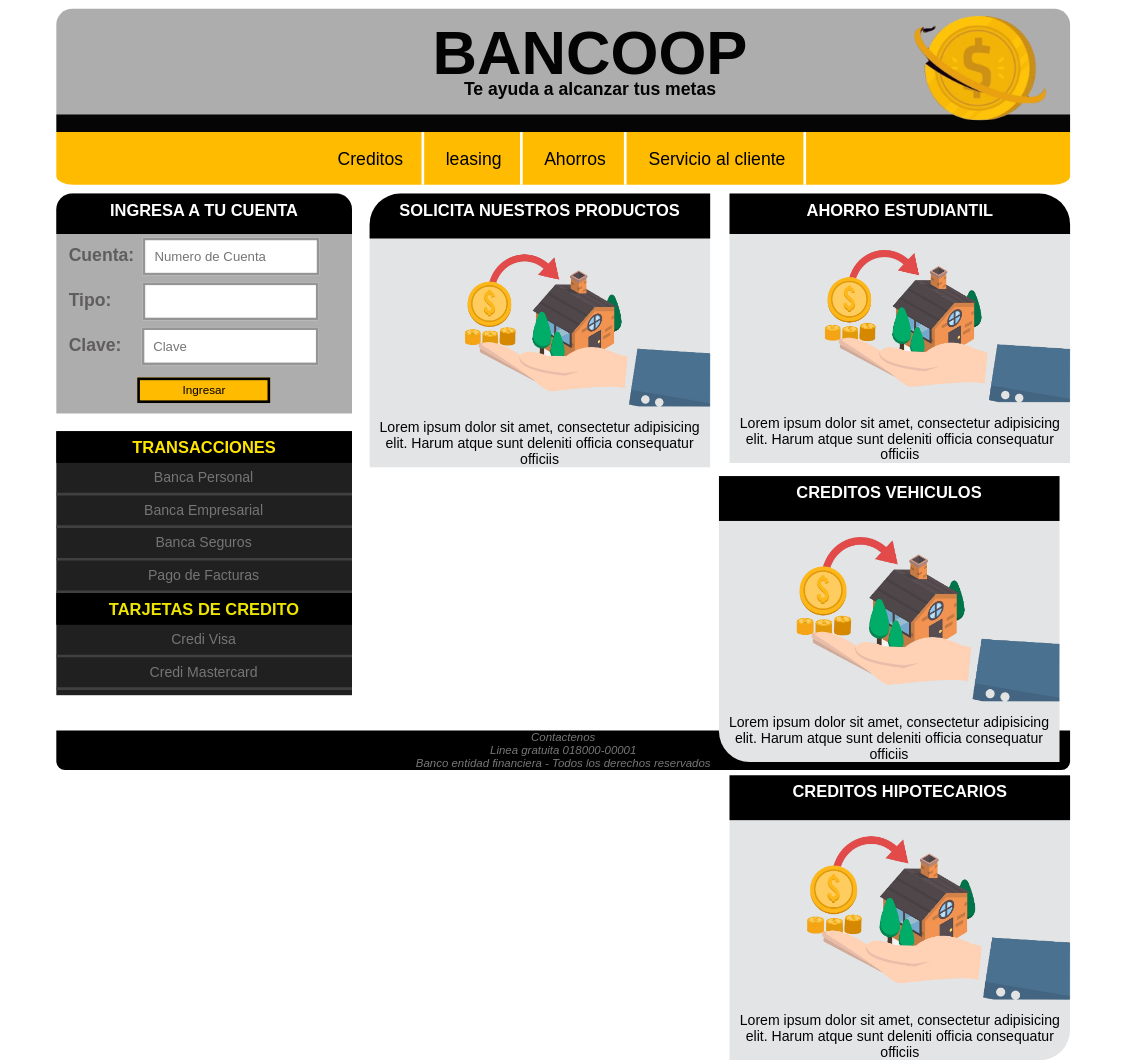
Repository: NickArregoces/BANCOOP
Page: Index.html
These files come from the project's save history. The page is drawn as it stood at one moment and after the next save; the edit follows.
The browser window is 1280 px wide. The pictures show the whole page, at 88% of full size.

Above is the page before, as saved 2021-10-04 17:25:40.

### Index.html
<!DOCTYPE html>
<html lang="en">
<head>
    <meta charset="UTF-8">
    <meta http-equiv="X-UA-Compatible" content="IE=edge">
    <meta name="viewport" content="width=device-width, initial-scale=1.0">
    <title>BANCOOP Home</title>
    <link rel="stylesheet" href="/CSS/Style.css">

</head>
<body>
    <div id="head">
        <header>
            <div class="image">
                <img src="/Images/logo.png" alt="logo">
            </div>
            <div class="title" >
                <h1>BANCOOP</h1>
                <h3>Te ayuda a alcanzar tus metas</h3>
            </div>

        </header>

        <nav class="barra"></nav>

        <div class="navegador">
            <ul class="menu">
                <li><a href="#">Creditos</a></li>
                <li><a href="#">leasing</a></li>
                <li><a href="#">Ahorros</a></li>
                <li><a href="#">Servicio al cliente</a></li>
            </ul>
        </div>

    </div>
        <div id="Contenido">
            <div class="section">
                <form action="" class="login">
                    <h3 style="color: rgb(255, 255, 255);">INGRESA A TU CUENTA</h3>
                        <div class="cuenta">
                            <h4>Cuenta:<input type="number" placeholder="Numero de Cuenta" required></h4>
                        </div>

                        <div class="tipo">
                            <h4>Tipo:<input type="text" required></h4>
                        </div>

                        <div class="clave">
                            <h4>Clave:<input type="password" placeholder="Clave" required></h4>
                        </div>

                    <div class="center">
                        <button class="sumbit"> Ingresar </button>
                    </div>

                </form>

                <article class="opciones">
                    <h3 style="color: rgb(255, 230, 0);">TRANSACCIONES</h3>
                    <li><a href="#">Banca Personal</a></li>
                    <li><a href="#">Banca Empresarial</a></li>
                    <li><a href="#">Banca Seguros</a></li>
                    <li><a href="#">Pago de Facturas</a></li>

                    <h3 style="color: rgb(238, 230, 0);">TARJETAS DE CREDITO</h3>
                    <li><a href="#">Credi Visa</a></li>
                    <li><a href="#">Credi Mastercard</a></li>
                </article>
            </div>

            <div id="Cuadros">
                <aside>
                    <div class="solicita">
                        <h3 style="color: rgb(255, 255, 255);">SOLICITA NUESTROS PRODUCTOS</h3>

                        <img src="/Images/Wallpaper(80).jpg" alt="">

                        <p>Lorem ipsum dolor sit amet, consectetur adipisicing elit.
                            Harum atque sunt deleniti officia consequatur officiis</p>
                    </div>

                    <div class="ahorro">
                        <h3 style="color: rgb(255, 255, 255);">AHORRO ESTUDIANTIL</h3>

                        <img src="/Images/Wallpaper(80).jpg" alt="">

                        <p>Lorem ipsum dolor sit amet, consectetur adipisicing elit.
                            Harum atque sunt deleniti officia consequatur officiis</p>
                    </div>

                    <div class="credito">
                        <h3 style="color: rgb(255, 255, 255);">CREDITOS VEHICULOS</h3>

                        <img src="/Images/Wallpaper(80).jpg" alt="">

                        <p>Lorem ipsum dolor sit amet, consectetur adipisicing elit.
                            Harum atque sunt deleniti officia consequatur officiis</p>
                    </div>
                    <div class="hipotecario">
                        <h3 style="color: rgb(255, 255, 255);">CREDITOS HIPOTECARIOS</h3>

                        <img src="/Images/Wallpaper(80).jpg" alt="">

                        <p>Lorem ipsum dolor sit amet, consectetur adipisicing elit.
                            Harum atque sunt deleniti officia consequatur officiis</p>
                    </div>
                </aside>
            </div>

            <div>
                <footer>
                        <p>Contactenos</p>
                        <p>Linea gratuita 018000-00001</p>
                        <p>Banco entidad financiera
                        - Todos los derechos reservados</p>
                </footer>
            </div>
        </div>

</body>
</html>

### CSS/Style.css

*{
    margin: 0 auto;
    padding: 0px;
    list-style:none
}
body{
    font-family: Arial, Helvetica, sans-serif;
    background: rgb(255, 255, 255);
    width: 90%;
    color: rgb(3, 3, 3);
}
header{
    width: 100%;
    margin-top: 10px;
    background: rgb(173, 173, 173);
    border-top-left-radius:  18px;
    border-top-right-radius:  18px;
    height: 120px;
}
    img{
        float: right;
        width: 200px;
    }
    .title{
        float: right;
        width: 60%;
        margin-top: 20px;
    }
    header h1{
        font-size: 70px;
        text-align: center;
        line-height: 60px;
        display: block;
    }
    header h3{
        font-size: 20px;
        text-align: center;
    }

nav.barra{
    background: rgb(5, 5, 5);
    height: 20px;
}
div.navegador{
    text-align: center;
}

    ul.menu{
        border-bottom-left-radius: 20px 10px;
        border-bottom-right-radius: 20px 10px;
        background: rgb(255, 187, 0);
        height: 60px;
        list-style: none;
        padding: 0;
        max-width: 10000px;
    }
    .menu li a{
        height: 20px;
        font-size: 20px;
        margin-right: 1px;
        text-decoration: none;
        color:black;
        padding: 20px;
        display: inline-block;
    }
    .menu li {
        border-right: solid white;
        display: inline-block;
        }
    .menu li a:hover{
        background: #242323b6;
        color: white;
        }

.section{
    width: 30%;
    float: left;

}
    form{
        background: rgb(173, 173, 173);
        border-top-left-radius: 18px;
        border-top-right-radius: 18px;
        margin-top: 10px;
        margin-right:10px;
        margin-bottom: 10px;
        height: 250px;
    }
        form h3{
            text-align: center;
            background: black;
            height: 30px;
            padding: 8px;
            border-top-left-radius: 18px;
            border-top-right-radius: 18px;
        }
        form h4{
            font-size: 20px;
            padding: 4px;
            margin-left: 10px;
            color: rgb(95, 93, 93);

        }
        form input{
            font-size: 15px;
            width: 55%;
            padding: 10px;
            display: inline;
            border: solid rgb(149, 149, 149);
            margin-left: 10px;
        }
        div.clave input {
            margin-left: 23px;
        }

        div.tipo input {
            margin-left: 35px;
        }

        div.center{
            margin-top: 10px;
            margin: auto;
            text-align: center;
            width: 50%;
            cursor: pointer;
        }
        button{
            margin-top: 10px;
            width: 90%;
            padding: 4px;
            background: rgb(255, 187, 0);
            border: solid black;
            cursor: pointer;
        }
        button:hover{
            background: #242323b6;
            color: rgb(251, 227, 3);
        }

    article {
        height: 300px;
        background: rgb(32, 32, 32);
        margin-top: 20px;
        margin-right:10px;
        margin-bottom: 10px;
    }
        article h3{
            text-align: center;
            padding: 8px;
            height: 20px;
            background: black;
        }
        .opciones li a{
            margin-right: 1px;
            text-align: center;
            text-decoration: none;
            color:rgb(117, 117, 117);
            padding: 8px;
            display: inline-block;
        }
        .opciones li {
            border-bottom: solid rgba(68, 68, 68, 0.897);
            text-align: center;
            display:inline-flexbox;
            }
        .opciones li a:hover{
            background: #242323b6;
            color: rgb(251, 227, 3);
            }

aside{
    width: 70%;
    height: 600px;
    margin-top: 10px;
    float: right;
    margin-bottom: 10px;
}
    div.solicita{
        width: 48%;
        float: left;
        border-top-left-radius: 35px;
        margin-left: 10px;
        background: #e3e4e5;
    }
        div.solicita img {
            width: 280px;
            margin-top: 15px;
            margin-bottom: 15px;

        }
        div.solicita h3{
            text-align: center;
            background: black;
            height: 35px;
            padding: 8px;
            border-top-left-radius: 35px;
        }
        div.solicita p{
            display: inline-block;
            text-align: center;
        }

    div.ahorro {
        width: 48%;
        float: right;
        border-top-right-radius: 35px;
        margin-left: 10px;
        background: #e3e4e5;
     }
            div.ahorro img {
                width: 280px;
                margin-top: 15px;
                margin-bottom: 15px;

            }
            div.ahorro h3{
                text-align: center;
                background: black;
                height: 30px;
                padding: 8px;
                border-top-right-radius: 35px;
            }
            div.ahorro p{
                display: inline-block;
                text-align: center;
            }

    div.credito {
        width: 48%;
        float: left;
        margin-top: 15px;
        border-bottom-left-radius: 35px;
        margin-left: 10px;
        background: #e3e4e5;
    }
            div.credito img {
                width: 300px;
                margin-top: 15px;
                margin-bottom: 15px;

            }
            div.credito h3{
                text-align: center;
                background: black;
                height: 35px;
                padding: 8px;
            }
            div.credito p{
                display: inline-block;
                text-align: center;
            }

    div.hipotecario {
        width: 48%;
        float: right;
        border-top-right-radius: 35px;
        border-bottom-right-radius: 35px;
        margin-top: 15px;
        background: #e3e4e5;
        }
            div.hipotecario img {
                width: 300px;
                margin-top: 15px;
                margin-bottom: 15px;
            }
            div.hipotecario h3{
                text-align: center;
                background: black;
                height: 35px;
                padding: 8px;
            }
            div.hipotecario p{
                display: inline-block;
                text-align: center;
            }

footer{
    background: black;
    clear: both;
    border-bottom-left-radius: 10px;
    border-bottom-right-radius: 10px;
}
    footer p{
        font-size: 13px;
        text-align: center;
        line-height: 15px;
        color: rgb(121, 119, 119);
        font-style:italic;
    }

After the next save:
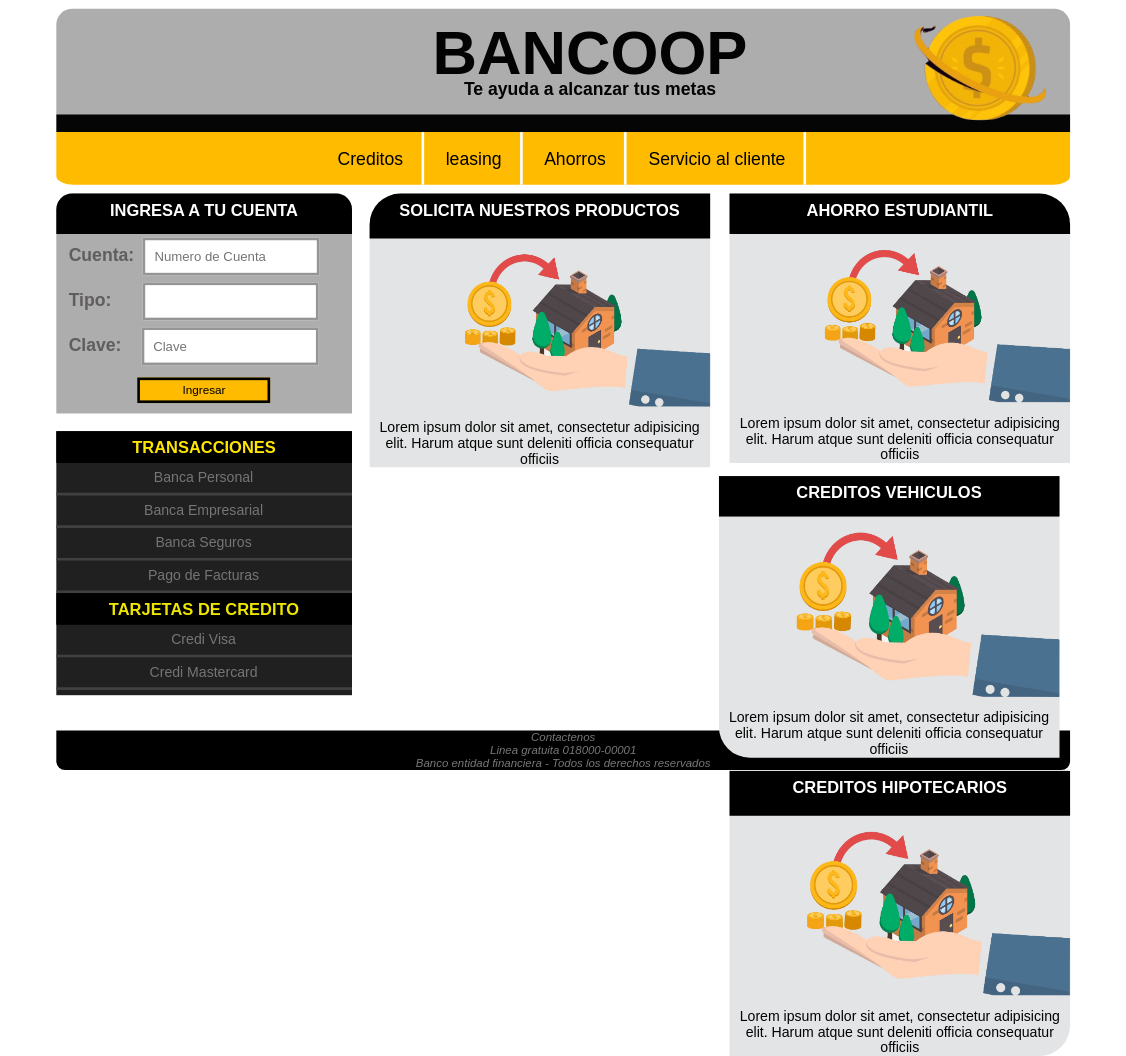
Saved 17 s later.
--- a/CSS/Style.css
+++ b/CSS/Style.css
@@ -243,7 +243,7 @@ aside{
             div.credito h3{
                 text-align: center;
                 background: black;
-                height: 35px;
+                height: 30px;
                 padding: 8px;
             }
             div.credito p{
